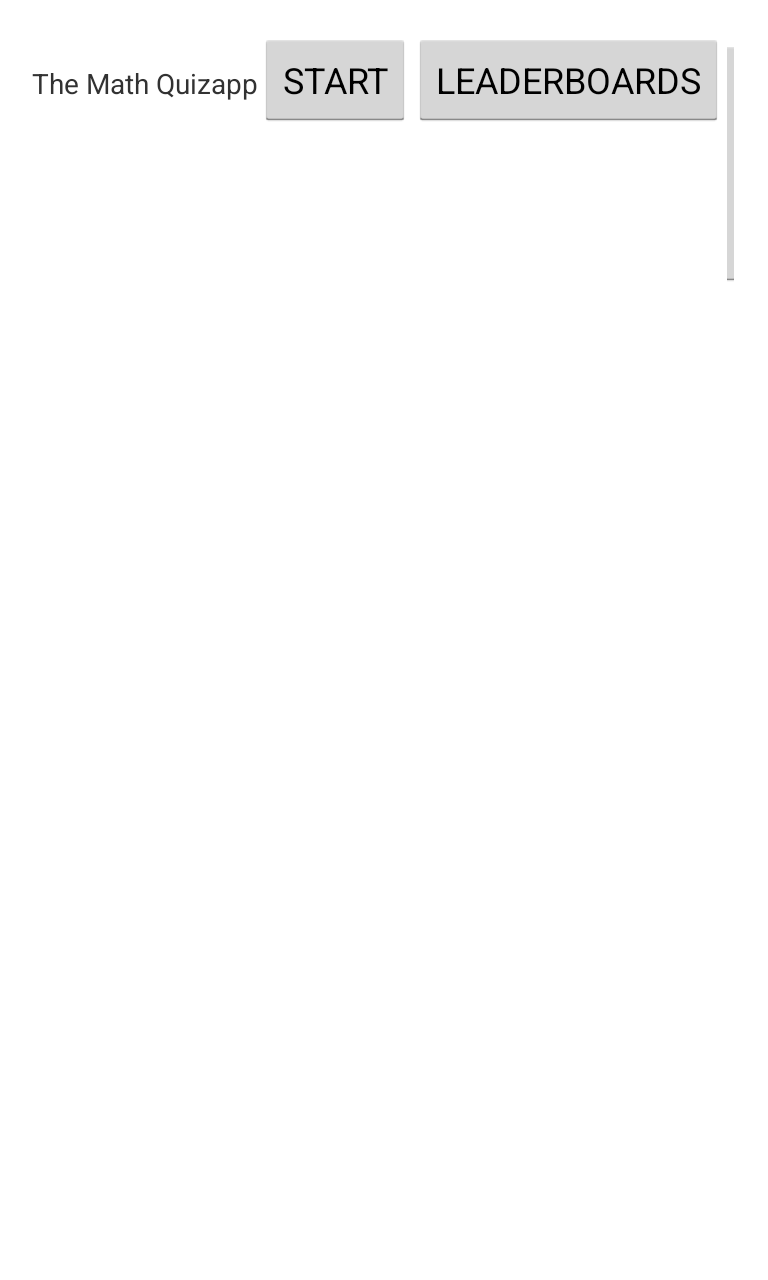
Repository: l2y/MathQuizApp
Layout: MathQuiz/res/layout/activity_start.xml
An editor plug-in stored every save of this project. The layout is shown before and after the next save, followed by the edit.
It is drawn on a 768 x 1280 px phone screen (xhdpi) without system bars, with theme AppTheme; the app's code is not run.

Above is the layout before, as saved 2014-04-08 00:39:40.

After the next save:
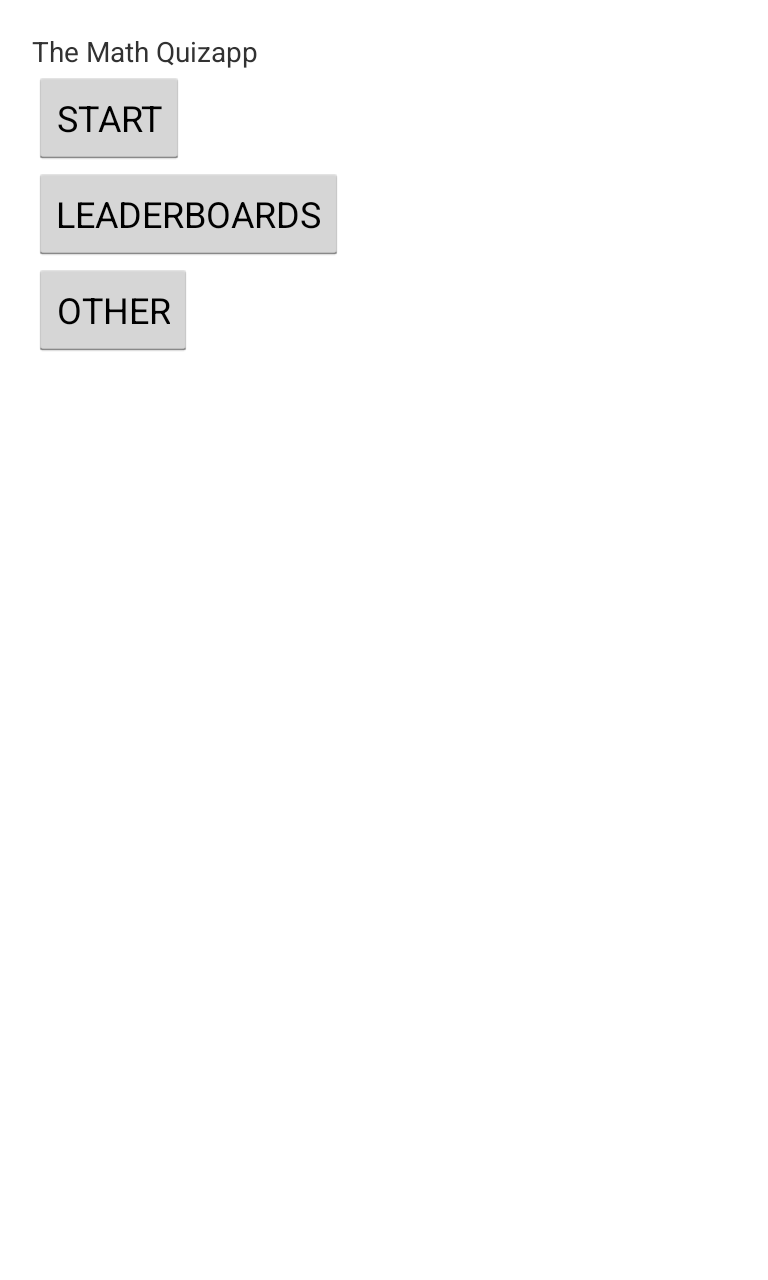
Saved 89 s later.
--- a/MathQuiz/res/layout/activity_start.xml
+++ b/MathQuiz/res/layout/activity_start.xml
@@ -6,7 +6,8 @@
     android:paddingLeft="@dimen/activity_horizontal_margin"
     android:paddingRight="@dimen/activity_horizontal_margin"
     android:paddingTop="@dimen/activity_vertical_margin"
-    tools:context=".StartActivity" >
+    tools:context=".StartActivity"
+    android:orientation="vertical">
 
     <TextView
         android:layout_width="wrap_content"
